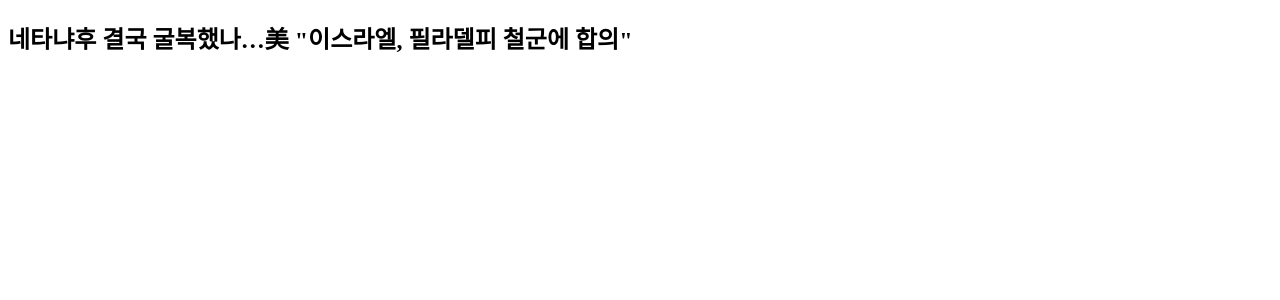
Repository: BaekDoHyeon/Kosta_04_FrontStudy
Page: http://localhost/web18_JQueryUI/tabpages/content4.jsp
An editor plug-in stored every save of this project. The page is shown before and after the next save, followed by the edit.
The browser window is 1280 px wide. The pictures show the whole page.
The page is served by Tomcat 9.

Above is the page before, as saved 2024-09-04 03:07:21.

After the next save:
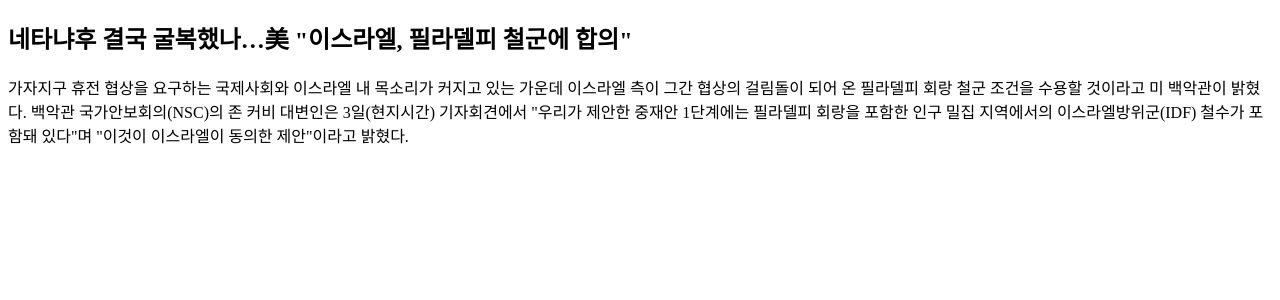
Saved 15 s later.
--- a/work05_BackEnd/web18_JQueryUI/src/main/webapp/tabpages/content4.jsp
+++ b/work05_BackEnd/web18_JQueryUI/src/main/webapp/tabpages/content4.jsp
@@ -10,5 +10,8 @@
 </head>
 <body>
 <h2>네타냐후 결국 굴복했나…美 "이스라엘, 필라델피 철군에 합의"</h2>
+<p>가자지구 휴전 협상을 요구하는 국제사회와 이스라엘 내 목소리가 커지고 있는 가운데 이스라엘 측이 그간 협상의 걸림돌이 되어 온 필라델피 회랑 철군 조건을 수용할 것이라고 미 백악관이 밝혔다.
+
+백악관 국가안보회의(NSC)의 존 커비 대변인은 3일(현지시간) 기자회견에서 "우리가 제안한 중재안 1단계에는 필라델피 회랑을 포함한 인구 밀집 지역에서의 이스라엘방위군(IDF) 철수가 포함돼 있다"며 "이것이 이스라엘이 동의한 제안"이라고 밝혔다.</p>
 </body>
 </html>
